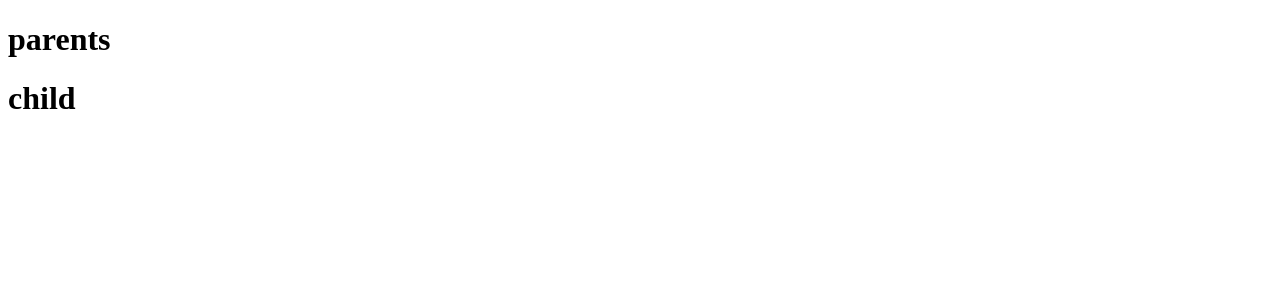
Repository: SongSooJin/JSP
Page: http://localhost/5-jsp-basic/example/parent.jsp
The author's editor kept a copy of each file at every save. The page is drawn from the files as they stood at one save, then again after the next save.
The browser window is 1280 px wide. The pictures show the whole page.
The page is served by Tomcat 9. Other server files are loaded and not shown.

Above is the page before, as saved 2018-10-05 08:43:03.

### 5-jsp-basic/WebContent/example/parent.jsp
<%@ page language="java" contentType="text/html; charset=UTF-8"
    pageEncoding="UTF-8"%>
<!DOCTYPE html>
<html>
<head>
<meta charset="UTF-8">
<title>Insert title here</title>
</head>
<body>
<h1>parents</h1>
<div>
 <%@ include file="child.jsp" %>

</div>
</body>
</html>

### 5-jsp-basic/WebContent/example/child.jsp
<%@ page language="java" contentType="text/html; charset=UTF-8"
    pageEncoding="UTF-8"%>
<!DOCTYPE html>
<html>
<head>
<meta charset="UTF-8">
<title>Insert title here</title>
</head>
<body>
<h1>child</h1>
</body>
</html>

After the next save:
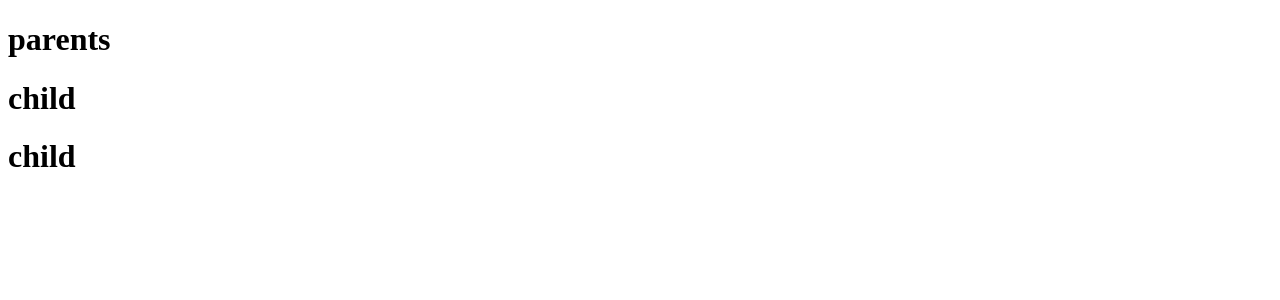
Saved 97 s later.
--- a/5-jsp-basic/WebContent/example/parent.jsp
+++ b/5-jsp-basic/WebContent/example/parent.jsp
@@ -12,5 +12,9 @@
  <%@ include file="child.jsp" %>
 
 </div>
+<div>
+ <%@ include file="child.jsp" %>
+
+</div>
 </body>
 </html>
